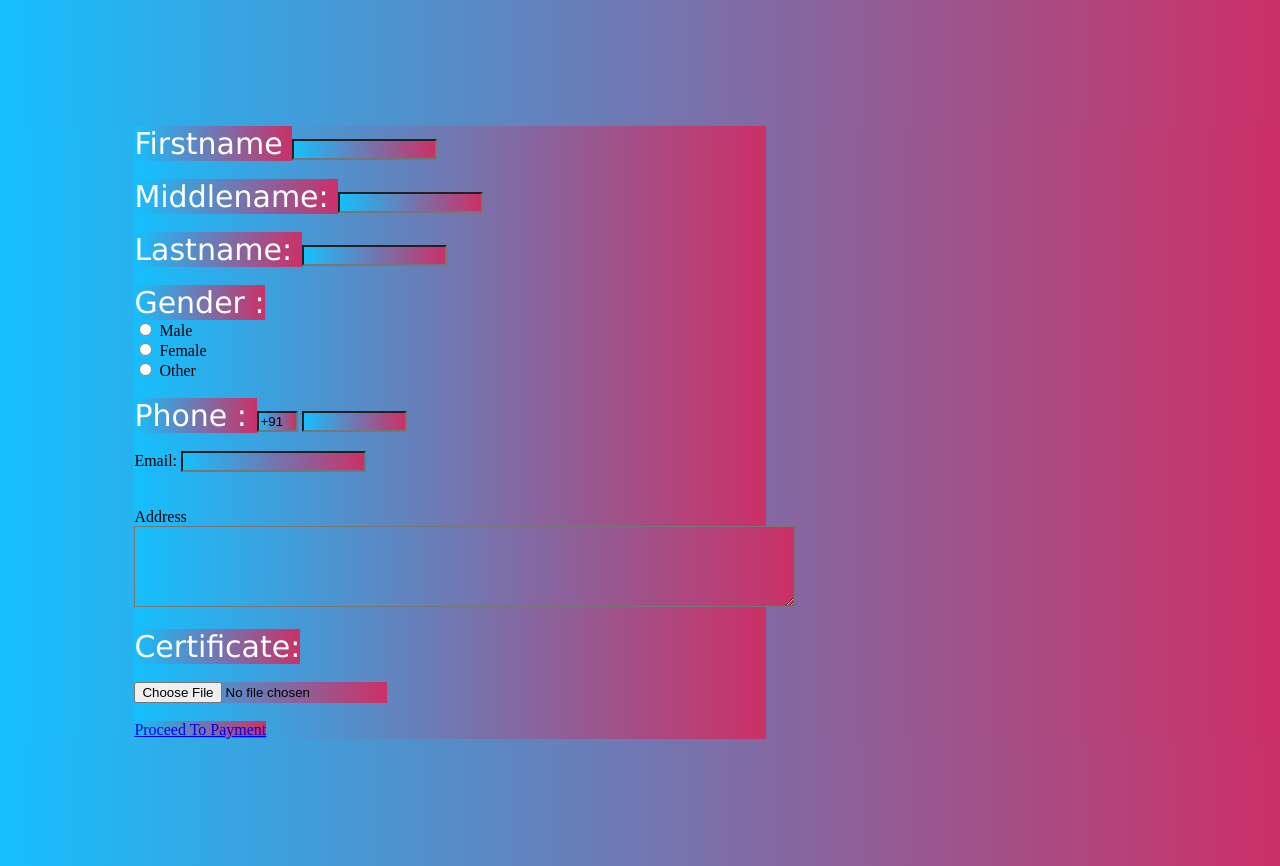
Repository: sarthakkathpalia/elliptical
Page: html/form.html
These files come from the project's save history. The page is drawn as it stood at one moment and after the next save; the edit follows.
The browser window is 1280 px wide. The pictures show the whole page.

Above is the page before, as saved 2021-10-30 17:21:58.

After the next save:
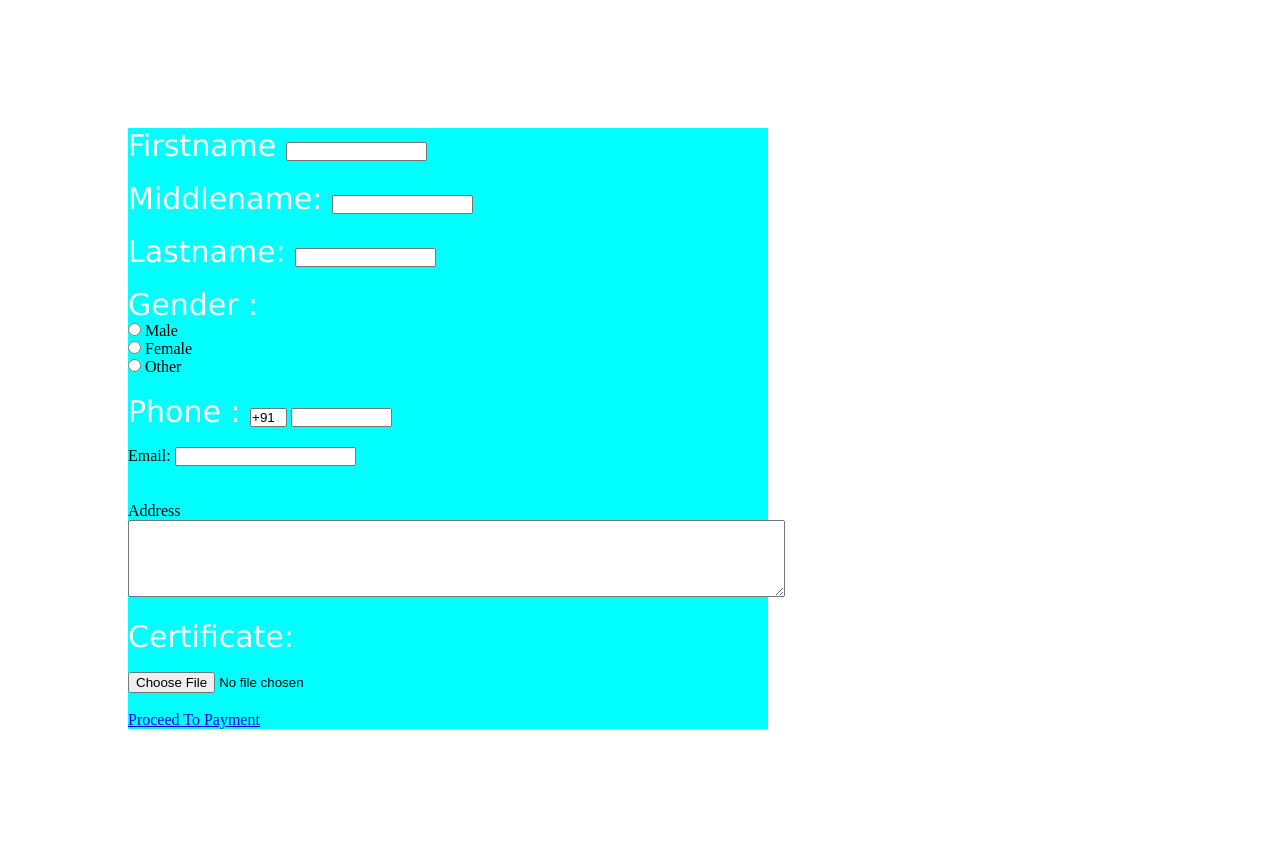
Saved 24 s later.
--- a/html/form.html
+++ b/html/form.html
@@ -8,8 +8,9 @@
 </head>
 <style>
         *{
-            background-image: linear-gradient(to right ,#16BFFD,#CB3066);
-        }
+        padding: 0%;
+        margin: 0%;
+            }
         label{
             font-size: 30px;
             color: white;
